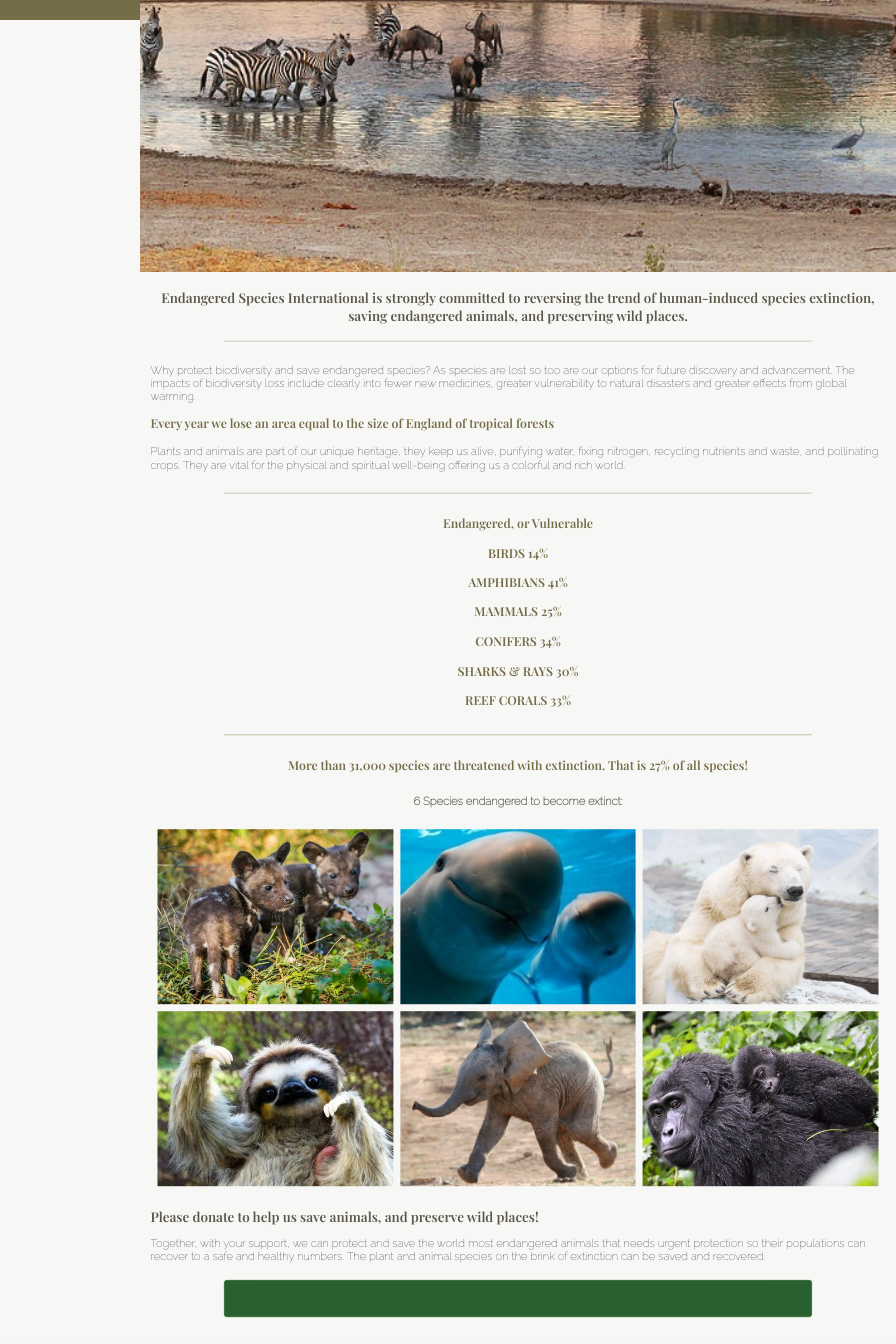
Repository: jlsorgel/smc_WD2_spring20
Page: final/index.html
An editor plug-in stored every save of this project. The page is shown before and after the next save, followed by the edit.
The browser window is 1280 px wide. The pictures show the part of the page from y = 691 to 2611 px (the page is 2611 px tall), at 70% of full size.
The pointer rests on the first visible `button`.
Some web libraries are served in a nearby version.

Above is the page before, as saved 2020-06-16 15:14:52.

After the next save:
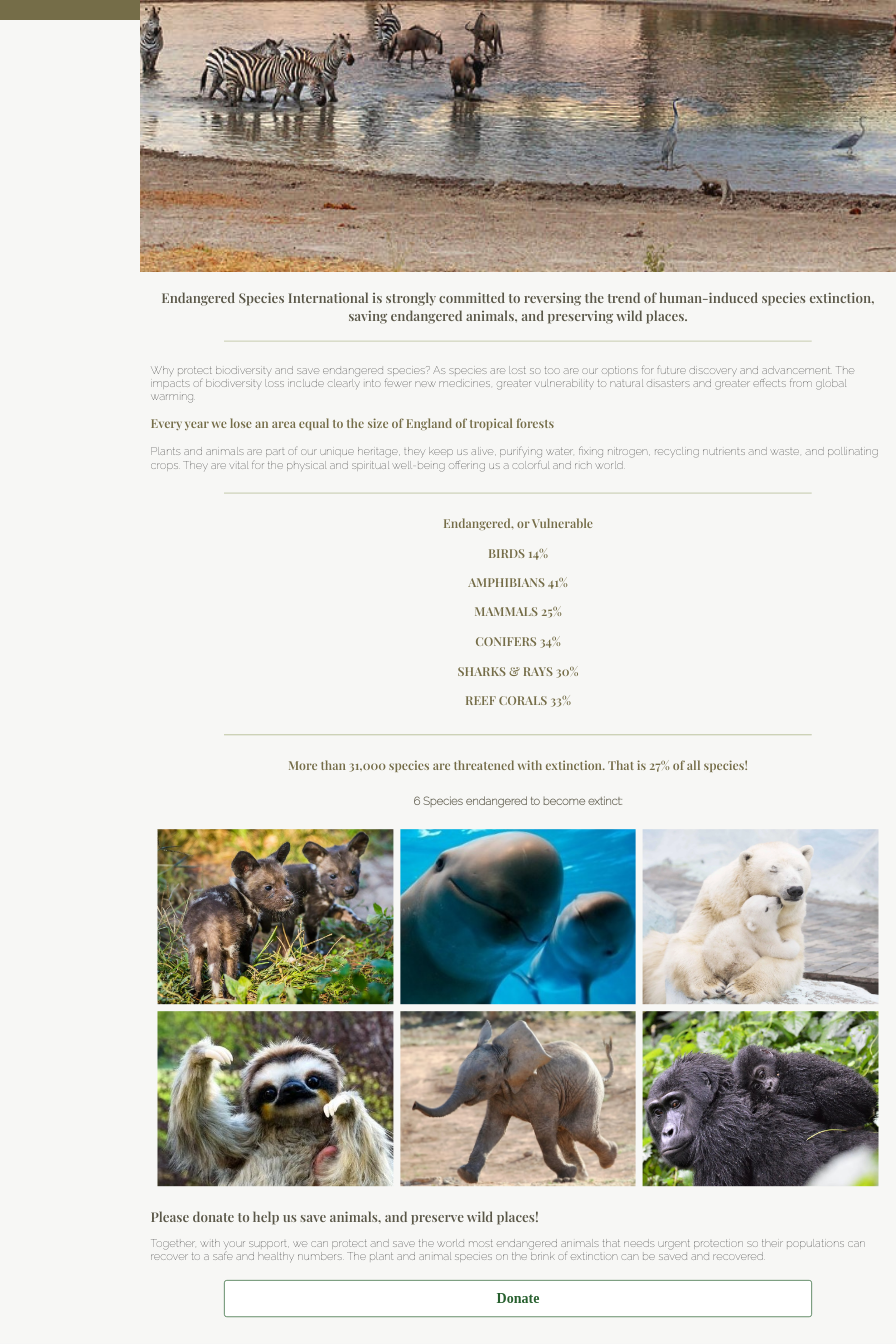
Saved 31 s later.
--- a/final/home.css
+++ b/final/home.css
@@ -87,12 +87,12 @@
    text-decoration: none;
     }
 
-  button:hover{
+  button:hover active{
   background-color: var(--darkgreen);
   color:white;
 
   }
 
-  button a:hover{
+  button a:hover active{
       color: white;
   }

After the 2 saves that followed:
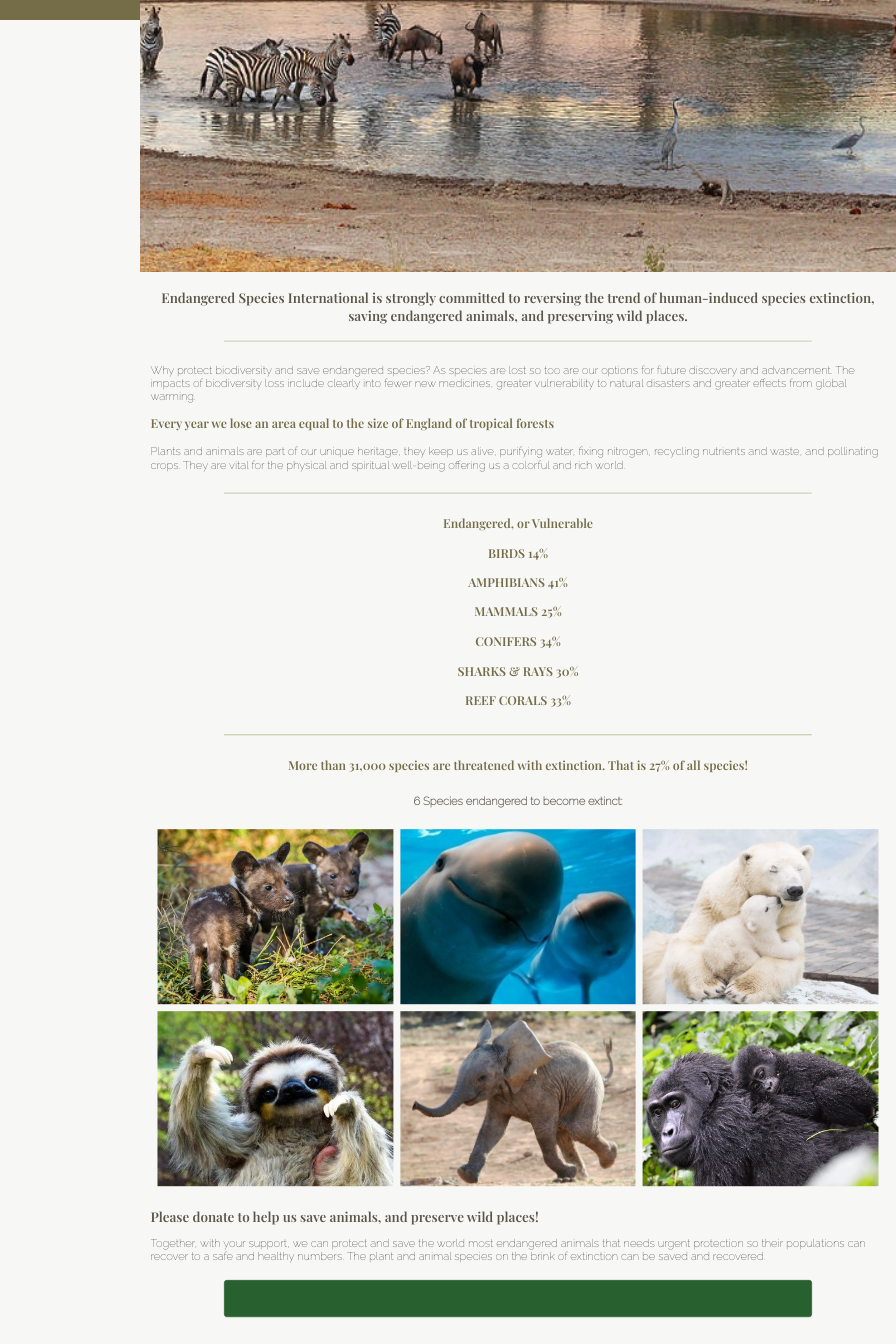
The 2 saves are shown as one change because 1 left the picture as it was.
The last was saved 51 s later.
--- a/final/home.css
+++ b/final/home.css
@@ -87,12 +87,21 @@
    text-decoration: none;
     }
 
-  button:hover active{
+  button:hover {
+  background-color: var(--darkgreen);
+  color:white;
+
+  }
+   button:active {
   background-color: var(--darkgreen);
   color:white;
 
   }
 
-  button a:hover active{
+  button a:hover :active{
       color: white;
   }
+
+   button a:hover {
+      color: white;
+  }
